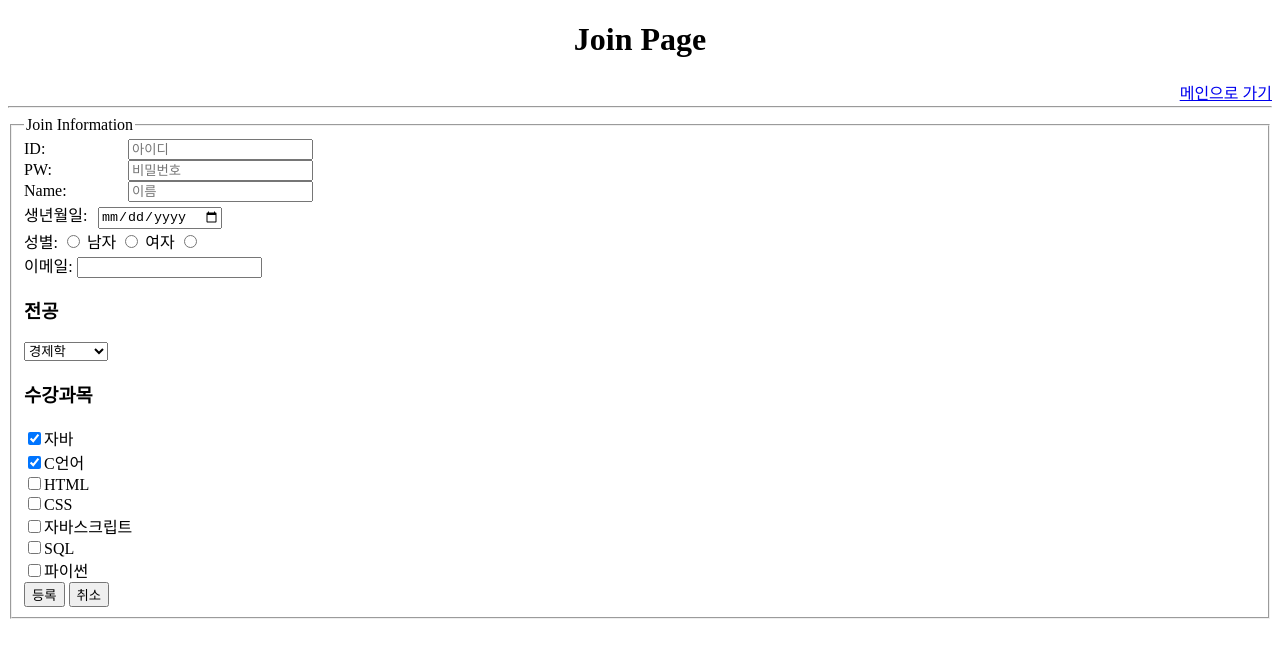
Repository: ByeonYJ/CSSTest
Page: GMSUI/WebContent/member/member_add.html
An editor plug-in stored every save of this project. The page is shown before and after the next save, followed by the edit.
The browser window is 1280 px wide. The pictures show the whole page.

Above is the page before, as saved 2017-07-20 07:27:57.

After the next save:
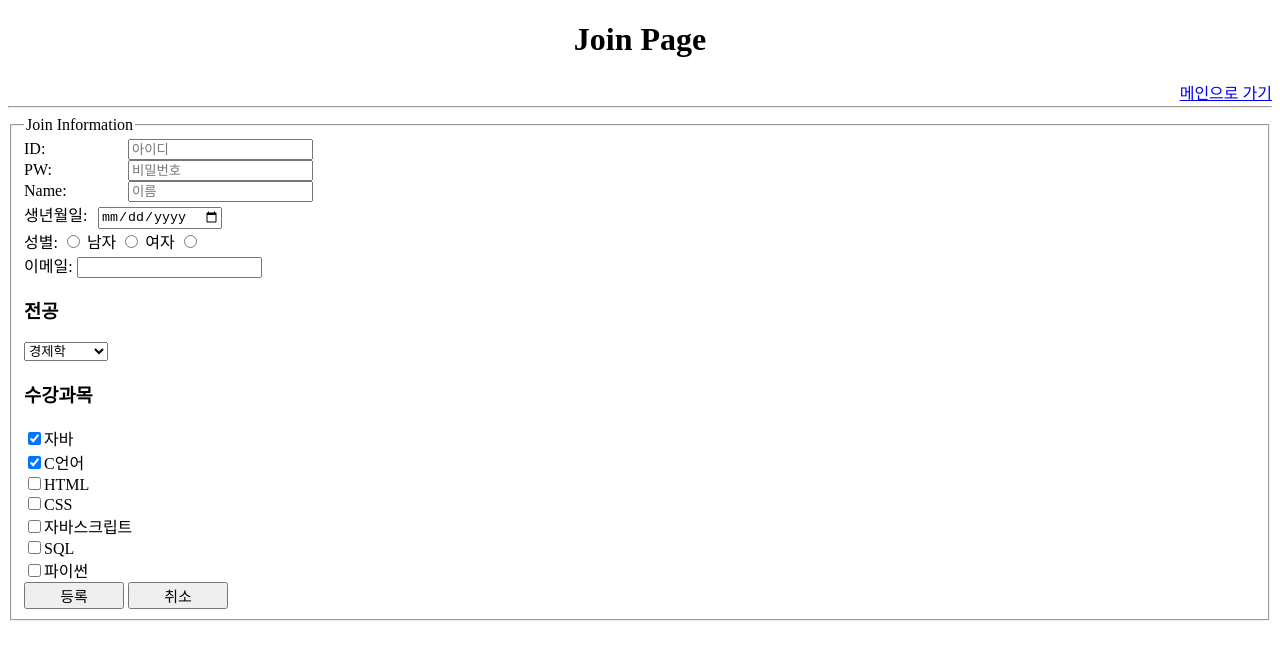
Saved 47 s later.
--- a/GMSUI/WebContent/css/member.css
+++ b/GMSUI/WebContent/css/member.css
@@ -15,5 +15,5 @@
 #join_pass{width: 100px; display: inline-block;}
 #join_name{width: 100px; display: inline-block;}
 #join_birth{width: 70px; display: inline-block;}
-#join_yes_btn{bgcolor-blue" style=font-size:15px; width: 100px;}
-#join_no_btn{bgcolor-red" style=font-size:15px; width: 100px;}
+#join_yes_btn{bgcolor-blue; font-size:15px; width: 100px;}
+#join_no_btn{bgcolor-red; font-size:15px; width: 100px;}
